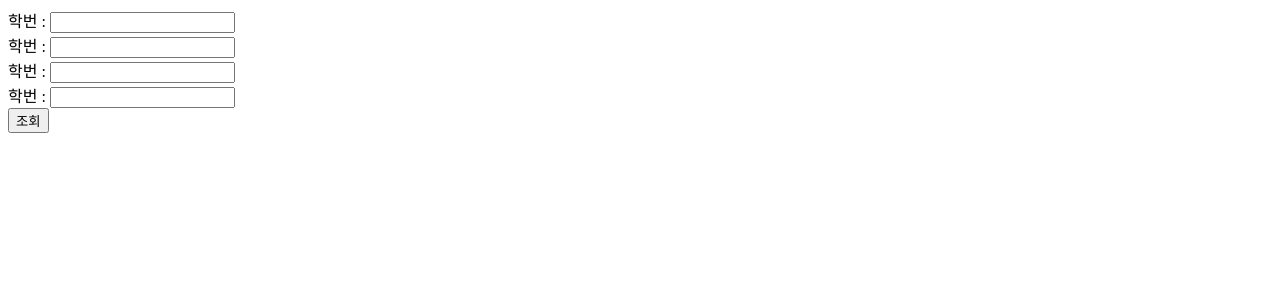
Repository: GitOnibi/jsp
Page: http://localhost/JSPprojec/school/score_input.jsp
An editor plug-in stored every save of this project. The page is shown before and after the next save, followed by the edit.
The browser window is 1280 px wide. The pictures show the whole page.
The page is served by Tomcat 9.

Above is the page before, as saved 2019-01-07 12:31:40.

After the next save:
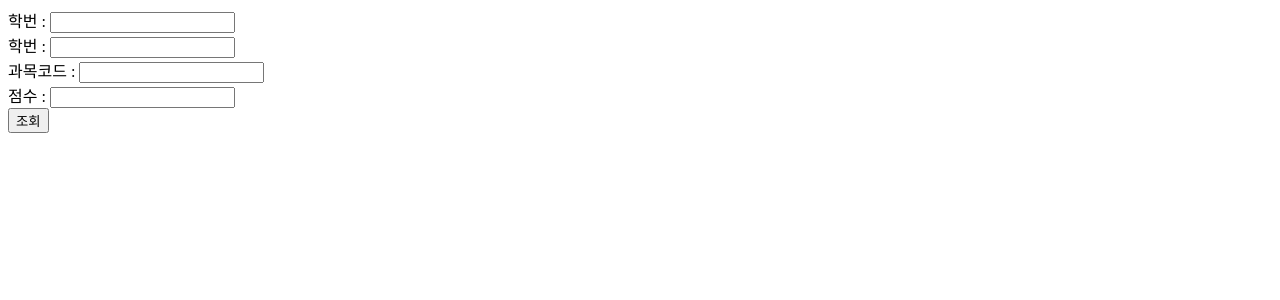
Saved 8 s later.
--- a/JSPprojec/WebContent/school/score_input.jsp
+++ b/JSPprojec/WebContent/school/score_input.jsp
@@ -9,8 +9,8 @@
 	<form action="score_check.jsp" method="GET">
 		학번 : <input type="text" name="stu_num" id="stu_num"/><br />
 		학번 : <input type="text" name="stu_num" id="stu_num"/><br />
-		학번 : <input type="text" name="stu_num" id="stu_num"/><br />
-		학번 : <input type="text" name="stu_num" id="stu_num"/><br />
+		과목코드 : <input type="text" name="stu_num" id="stu_num"/><br />
+		점수 : <input type="text" name="stu_num" id="stu_num"/><br />
 		<input type="submit" value="조회"/>
 	</form>
 </body>
